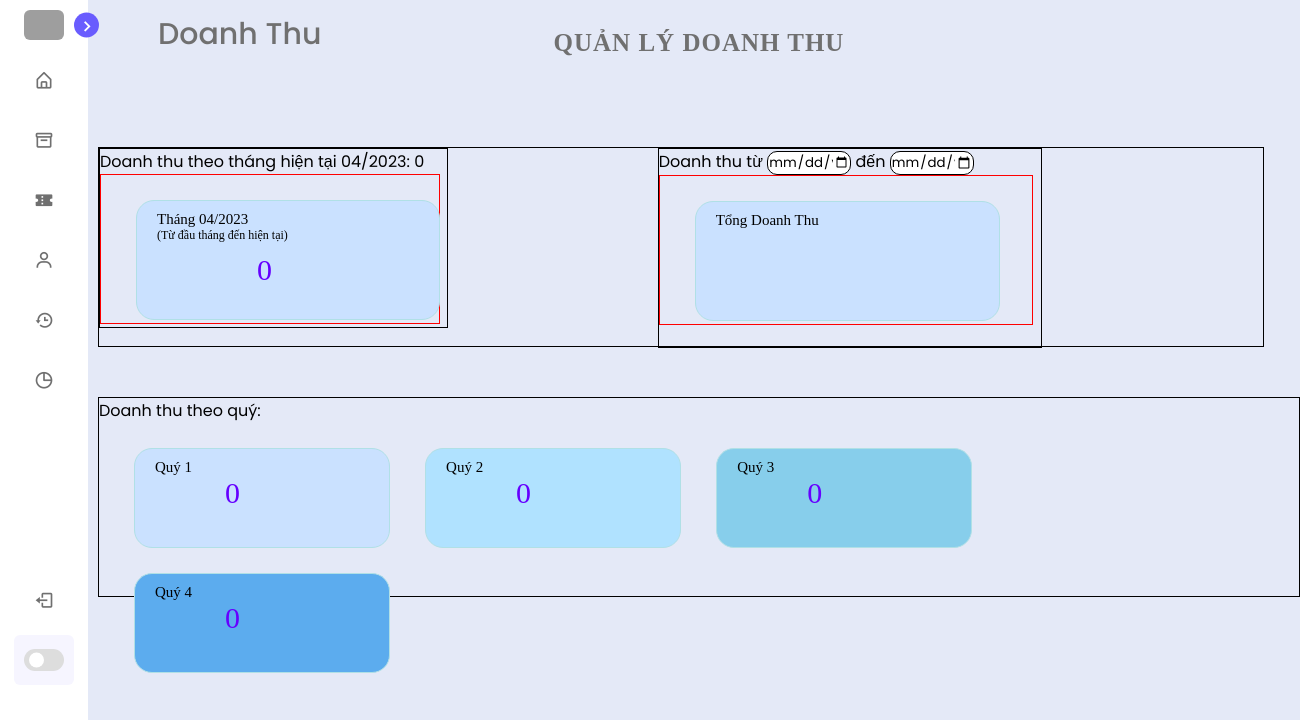
Repository: JeffDaveHudson/CapstoneProject
Page: http://localhost/CapstoneProject/revenue
These files come from the project's save history. The page is drawn as it stood at one moment and after the next save; the edit follows.
The browser window is 1280 px wide. The page is 1300 px wide, so the pictures cover 1300 px, including what lies to the right of the window. The pictures show the whole page.
Pictures or frames that could not be fetched are drawn as grey boxes. The page is served by Tomcat 9. Queries for data that is not in the repository find no rows.

Above is the page before, as saved 2023-06-14 09:13:07.

After the next save:
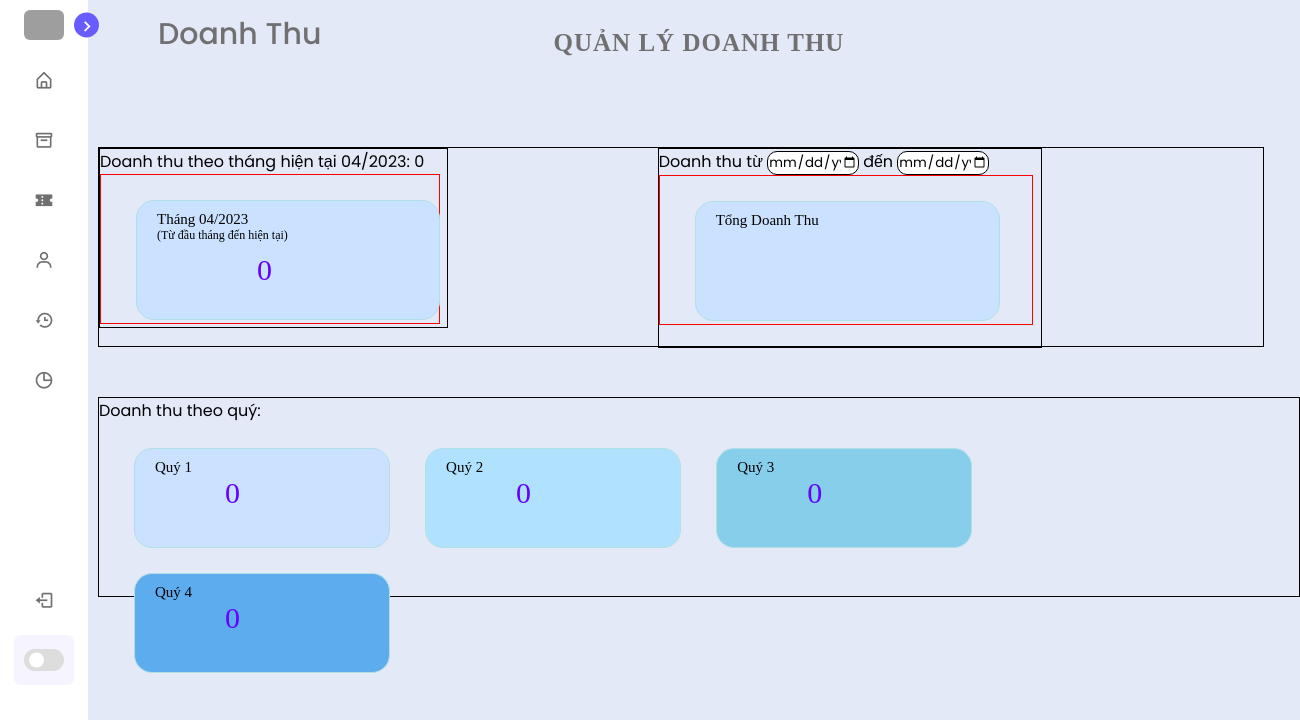
Saved 7 s later.
--- a/CapstoneProject/src/main/webapp/admin/Revenue.jsp
+++ b/CapstoneProject/src/main/webapp/admin/Revenue.jsp
@@ -163,7 +163,7 @@
 }
 
 .wrapper-div3 input{
-	width: 22%;
+	width: 24%;
 	background-color: #fff;
 	border: 1px solid;
 	border-radius: 10px;
